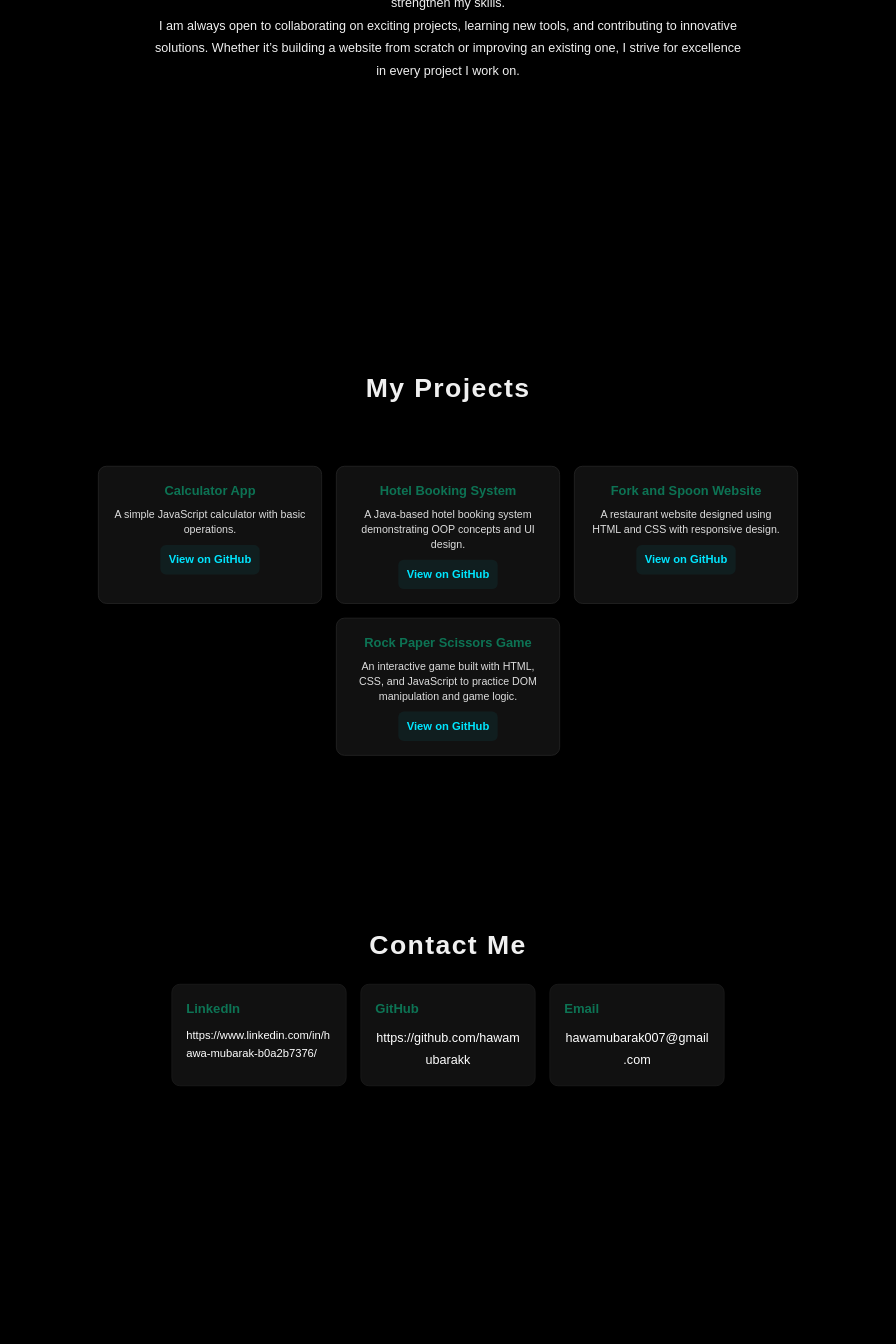
Repository: hawamubarakk/my-portfolio
Page: index.html
These files come from the project's save history. The page is drawn as it stood at one moment and after the next save; the edit follows.
The browser window is 1280 px wide. The pictures show the part of the page from y = 1101 to 3021 px (the page is 3021 px tall), at 70% of full size.

Above is the page before, as saved 2025-08-12 20:54:05.

After the next save:
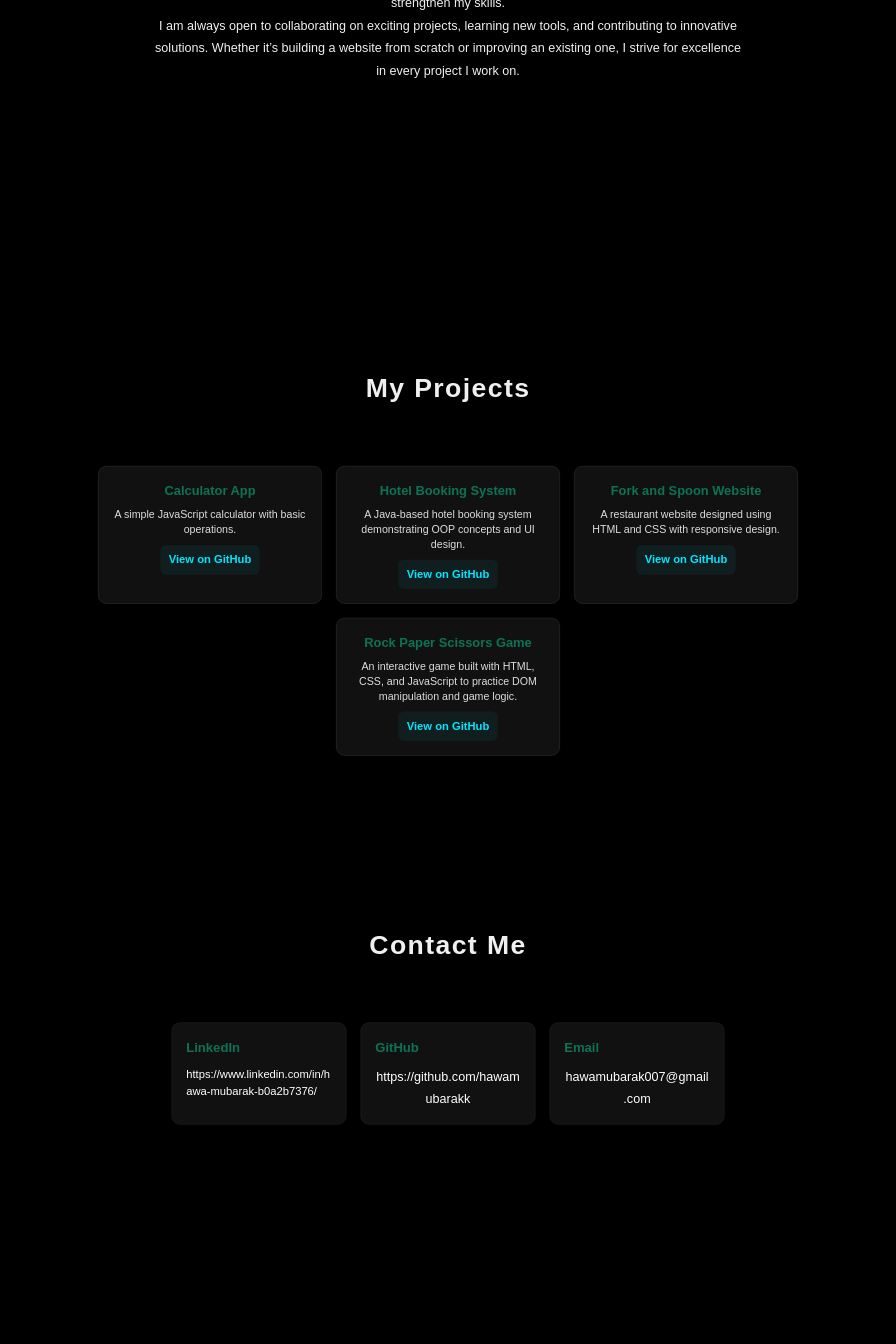
Saved 113 s later.
--- a/css/style.css
+++ b/css/style.css
@@ -169,7 +169,8 @@ header {
     margin-bottom: 40px; /* Zyada space */
 }
 
-#projects h2 {
+#projects h2,
+#contact h2 {
     margin-bottom: 80px;
 }
 
